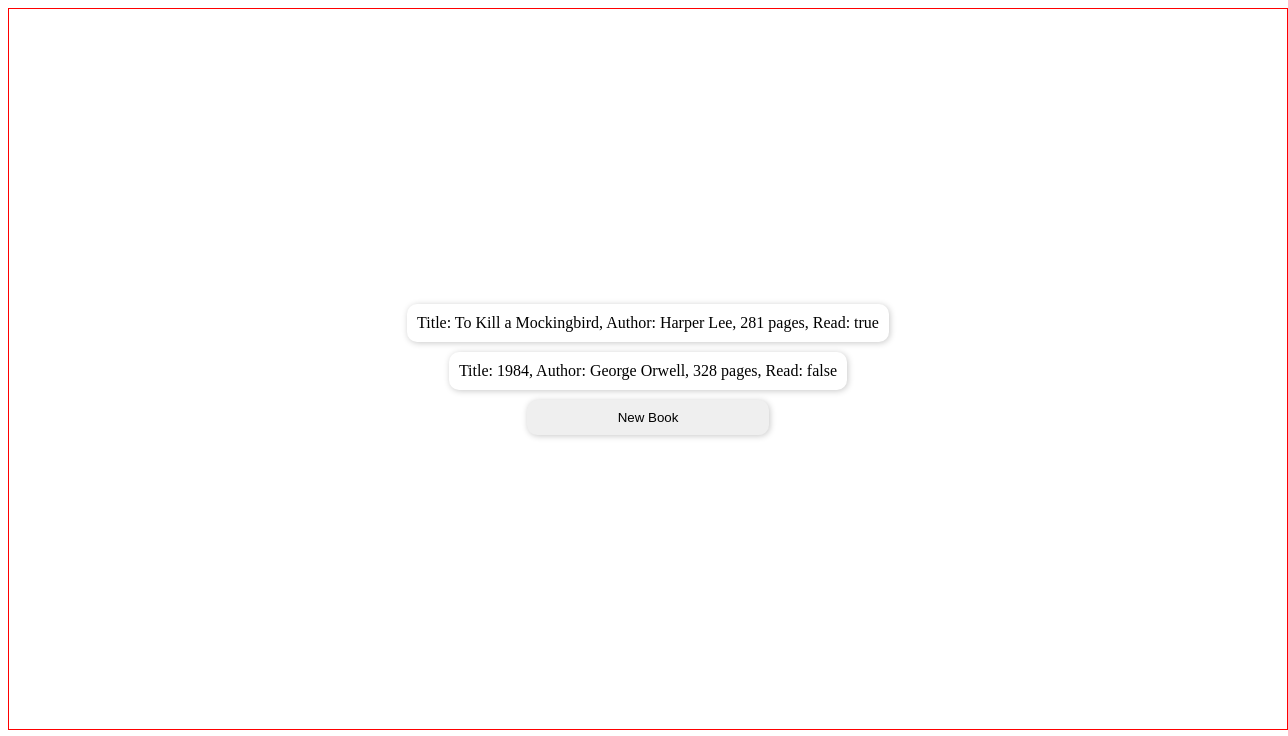
Repository: kocokoy/library
Page: index.html
An editor plug-in stored every save of this project. The page is shown before and after the next save, followed by the edit.
The browser window is 1280 px wide. The page is 1288 px wide, so the pictures cover 1288 px, including what lies to the right of the window. The pictures show the whole page.

Above is the page before, as saved 2024-11-05 17:30:45.

### index.html
<!DOCTYPE html>
<html lang="en">
<head>
  <meta charset="UTF-8">
  <meta name="viewport" content="width=device-width, initial-scale=1.0">
  <link rel="stylesheet" href="style.css">
  <title>Document</title>
</head>
<body>
  <div class="container">
    <div class="book-display jsBookDisplay">
    </div>
    <button class="new-book-button jsNewBookButton">New Book</button>
  </div>
  <!-- <input class="jsBookTitle" type="text">
  <input class="jsBookAuthor" type="text">
  <input class="jsBookPages" type="text">
  <input class="jsBookRead" type="text">
 -->

<script src="script.js"></script>
</body>
</html>

### style.css
body{
  width: 100%;
  height: 100vh;
}
.container{
  display: flex;
  flex-direction: column;
  justify-content: center;
  align-items: center;
  border: 1px solid red;
  height: 100%;
}
.book-display{
  display: flex;
  flex-direction: column;
  justify-content: center;
  align-items: center;
}
.book-card{
  box-shadow: 1px 1px 6px  rgba(0, 0, 0, 0.219);
  padding: 10px;
  border-radius: 10px;
  display: flex;
  flex-direction: row;
  justify-content: center;
  align-items: center;
  margin: 5px;
}

.new-book-button{
  padding: 10px;
  margin: 5px;
  border-radius: 10px;
  border: none;
  box-shadow: 1px 1px 6px  rgba(0, 0, 0, 0.219);
  width: 19%;
}

### script.js
const bookTitleElement = document.querySelector('.jsBookTitle');
const bookAuthorElement = document.querySelector('.jsBookAuthor');
const bookPagesElement = document.querySelector('.jsBookPages');
const bookReadElement = document.querySelector('.jsBookRead');
const bookButtonElement = document.querySelector('.jsNewBookButton');
const bookDisplayElement = document.querySelector('.jsBookDisplay');

const myLibrary = [
  {title: 'To Kill a Mockingbird', author: 'Harper Lee', pages: 281, read: true},
  {title: '1984', author: 'George Orwell', pages: 328, read: false},
];


displayBookToLibrary();

function Book(title,author,pages,read) {
  this.title = title;
  this.author = author;
  this.pages = pages;
  this.read = read;
  this.info = function(){
    const bookObj = {
      title: this.title,
      author: this.author,
      pages: this.pages,
      read: this.read,
    }
    return bookObj;
  };
}

function addBookToLibrary(title,author,pages,read) {
  const book = new Book(title,author,pages,read);
  myLibrary.push(book.info());
}

function displayBookToLibrary(){
  myLibrary.forEach(book => {

    const div = document.createElement('div');
    div.classList.add('book-card');
    div.innerHTML = `
      <div>Title: ${book.title}, Author: ${book.author}, ${book.pages} pages, Read: ${book.read}</div>
    `
    bookDisplayElement.appendChild(div);
    console.log(book);
  })
}

bookButtonElement.addEventListener('click', () => {
  // const bookTitleValue = bookTitleElement.value;
  // const bookAuthorValue = bookAuthorElement.value;
  // const bookPagesValue = bookPagesElement.value;
  // const bookReadValue = bookReadElement.value;
  // bookTitleElement.value = '';
  // bookAuthorElement.value = '';
  // bookPagesElement.value = '';
  // bookReadElement.value = '';
  // addBookToLibrary(bookTitleValue,bookAuthorValue,bookPagesValue,bookReadValue);
  addBookToLibrary('bookTitleValue','bookAuthorValue','bookPagesValue','bookReadValue');
  displayBookToLibrary();

  console.log(myLibrary);
})

After the next save:
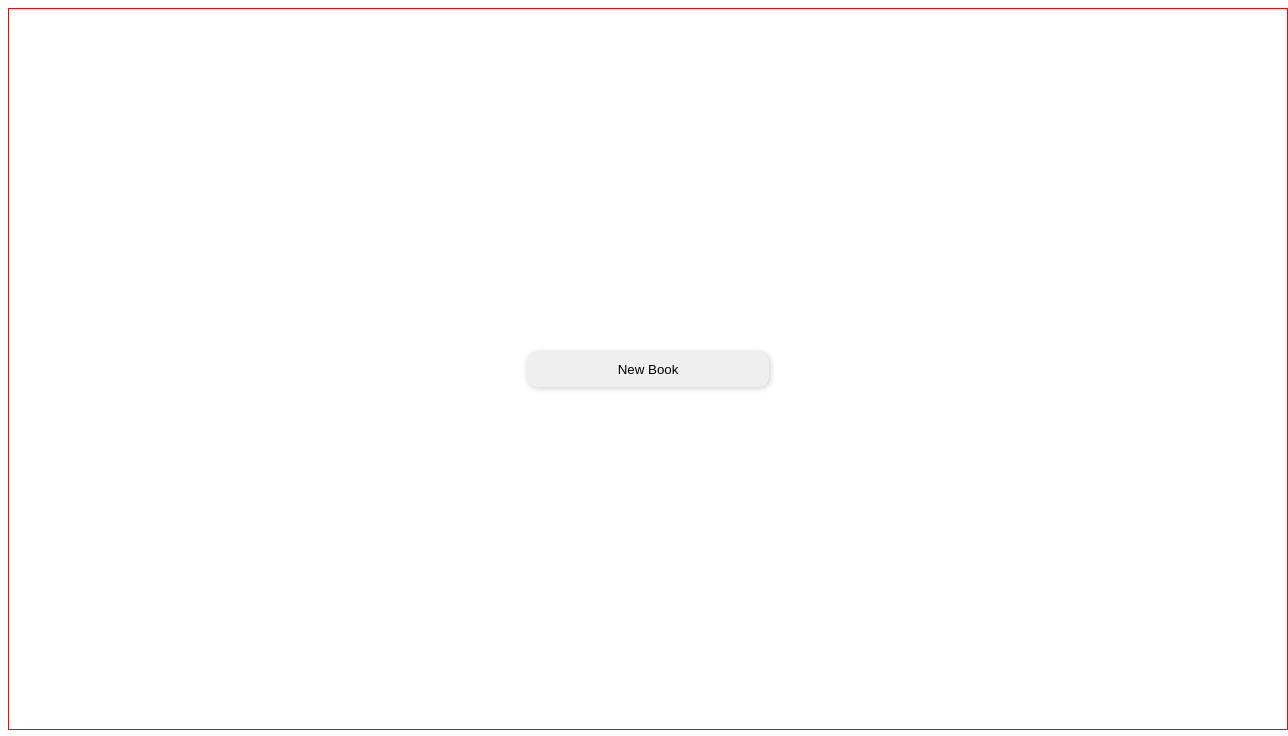
Console error: TypeError: Cannot read properties of undefined (reading 'title')
Saved 7 min 26 s later.
--- a/script.js
+++ b/script.js
@@ -35,14 +35,16 @@
 }
 
 function displayBookToLibrary(){
-  myLibrary.forEach(book => {
+  myLibrary.forEach((book,i) => {
+    if(book[i].title != book.title){
+      const div = document.createElement('div');
+      div.classList.add('book-card');
+      div.innerHTML = `
+        <div>Title: ${book.title}, Author: ${book.author}, ${book.pages} pages, Read: ${book.read}</div>
+      `
+      bookDisplayElement.appendChild(div);
+    }
 
-    const div = document.createElement('div');
-    div.classList.add('book-card');
-    div.innerHTML = `
-      <div>Title: ${book.title}, Author: ${book.author}, ${book.pages} pages, Read: ${book.read}</div>
-    `
-    bookDisplayElement.appendChild(div);
     console.log(book);
   })
 }

After the 2 saves that followed:
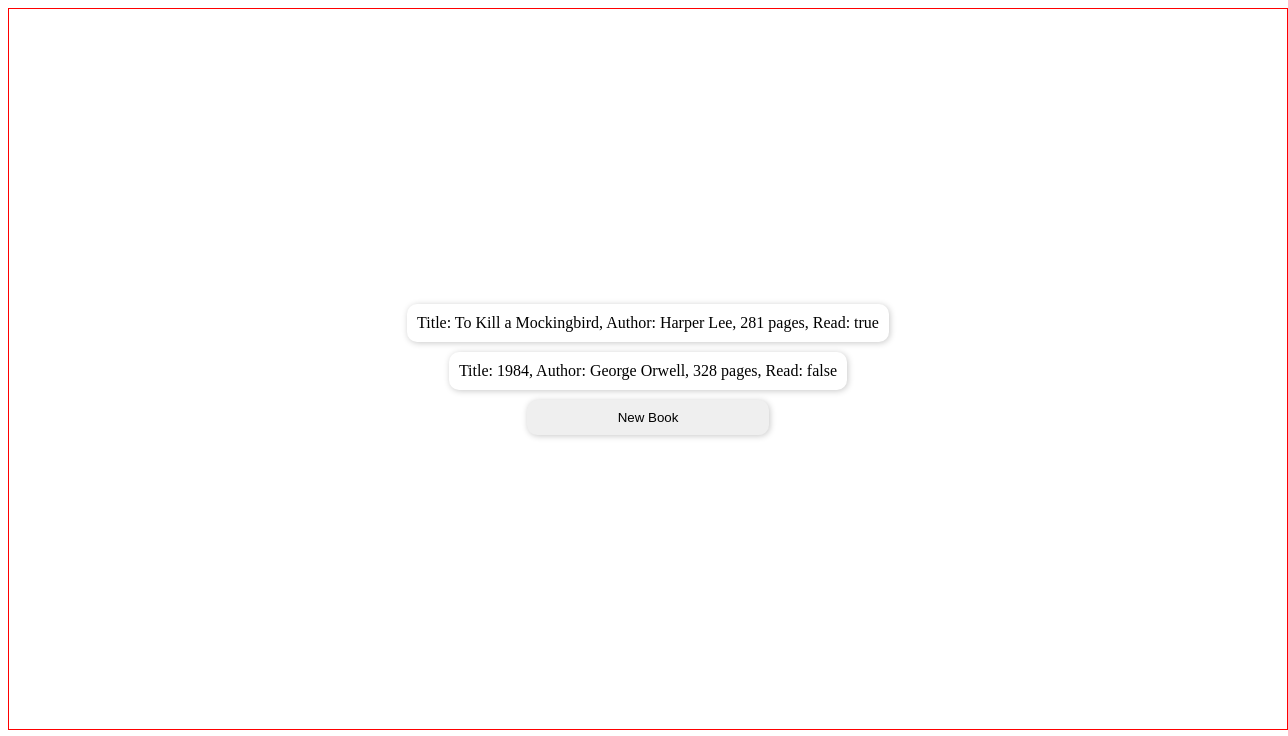
The error is gone.
The 2 saves are shown as one change because 1 left the picture as it was.
The last was saved 42 s later.
--- a/script.js
+++ b/script.js
@@ -35,16 +35,13 @@
 }
 
 function displayBookToLibrary(){
-  myLibrary.forEach((book,i) => {
-    if(book[i].title != book.title){
-      const div = document.createElement('div');
-      div.classList.add('book-card');
-      div.innerHTML = `
-        <div>Title: ${book.title}, Author: ${book.author}, ${book.pages} pages, Read: ${book.read}</div>
-      `
-      bookDisplayElement.appendChild(div);
-    }
-
+  myLibrary.forEach(book => {
+    const div = document.createElement('div');
+    div.classList.add('book-card');
+    div.innerHTML = `
+      <div>Title: ${book.title}, Author: ${book.author}, ${book.pages} pages, Read: ${book.read}</div>
+    `
+    bookDisplayElement.appendChild(div);
     console.log(book);
   })
 }
